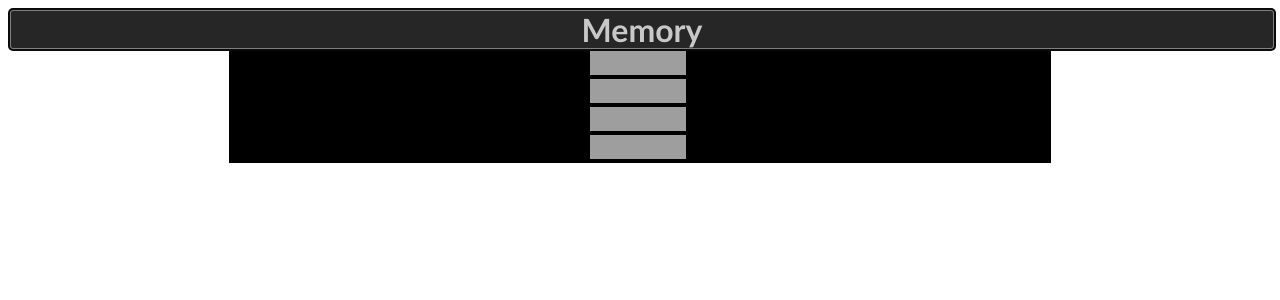
Repository: sk222sw/1dv403-laborationer
Page: 3-gameon/index.html
The author's editor kept a record of every edit. The page is drawn from the files as they stood at one moment, then again after the next edit.
The browser window is 1280 px wide. The pictures show the whole page.
Pictures or frames that could not be fetched are drawn as grey boxes.

Above is the page before.

After the next edit:
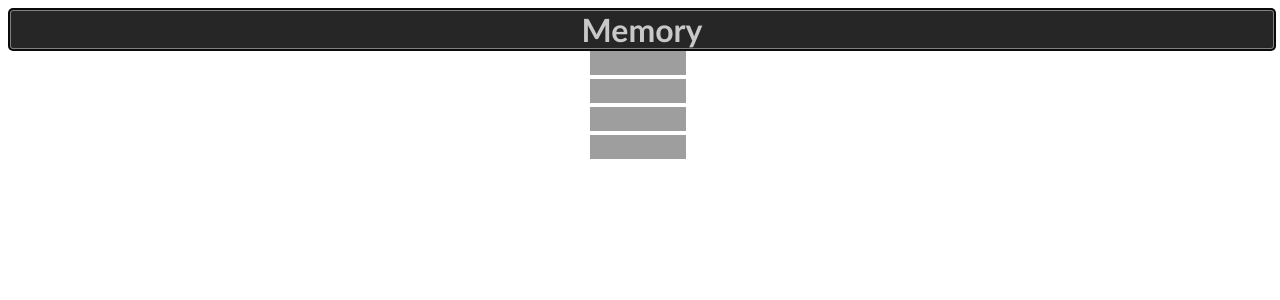
The edit:
--- a/3-gameon/memory/css/css.css
+++ b/3-gameon/memory/css/css.css
@@ -26,7 +26,6 @@
 main {
     position:relative;
     margin: 0 auto;
-    background-color: #000;
     width: 65%;
     height: 90%;
 }
